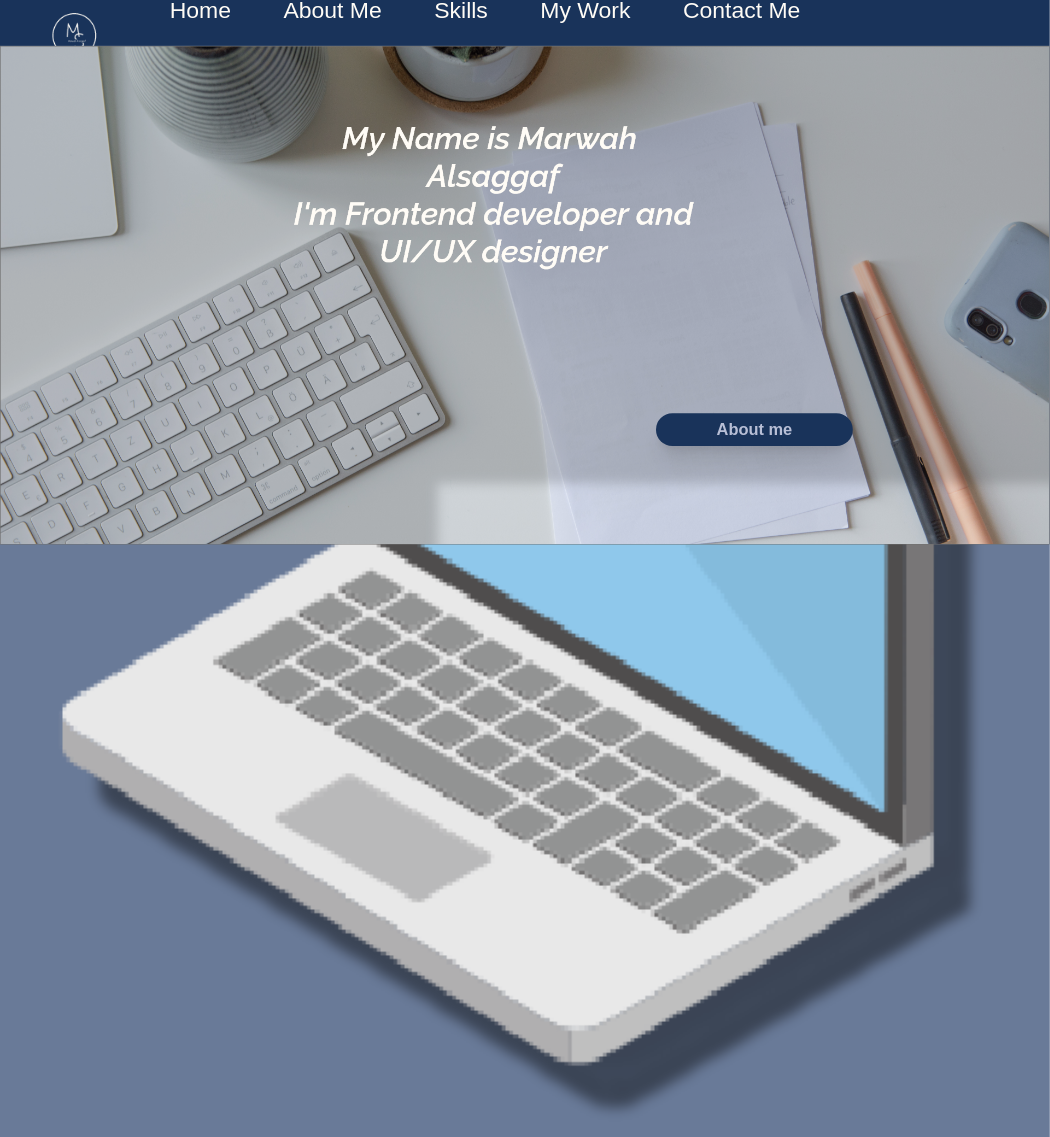
Repository: MEROO1010/my_portfolio
Page: /
The author's editor kept a copy of each file at every save. The page is drawn from the files as they stood at one save, then again after the next save.
The browser window is 1280 px wide. The pictures show the whole page, at 82% of full size.
The project was rebuilt for these pictures with package versions that can differ from the ones it lists, and the page was loaded fresh each time. The framework's server and built-in components were replaced by stand-ins that run in the browser. Also part of the build but not shown: next.config.js.

Above is the page before, as saved 2023-03-10 01:58:50.

After the next save:
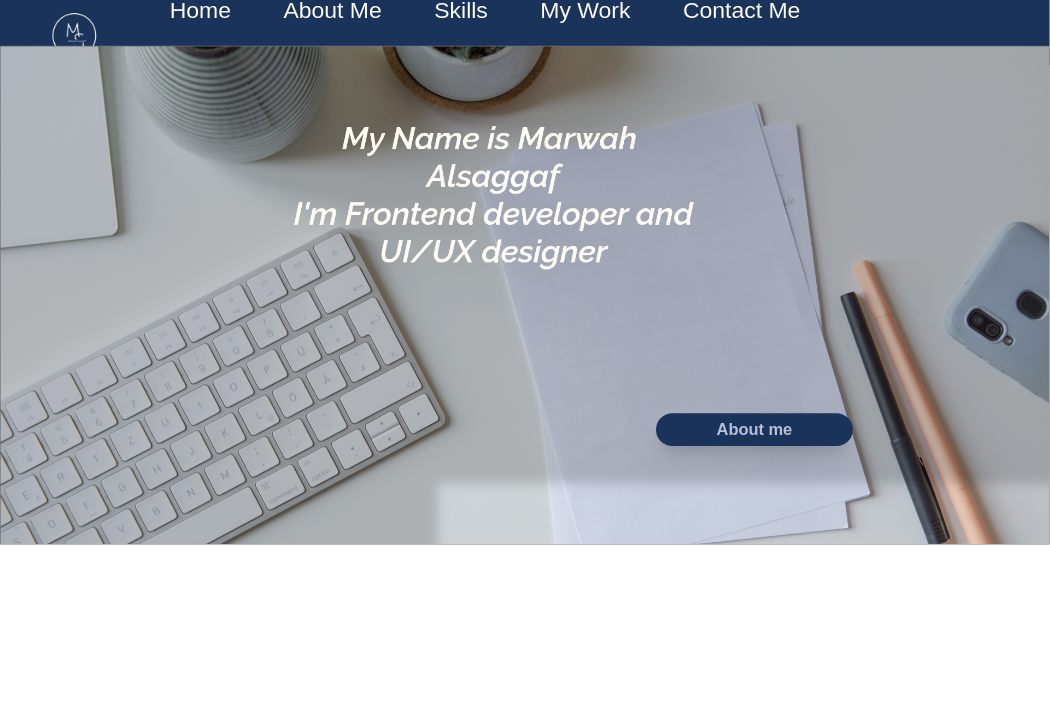
Saved 79 s later.
--- a/pages/components/AboutMe.tsx
+++ b/pages/components/AboutMe.tsx
@@ -6,7 +6,11 @@ const AboutMe = () => {
   return (
     <div className="bg-[#697A98]">
         <div>
-        <Image src="/assets/images/laptop-screen.png" alt="laptop" width={2400} height={0}/>
+        {/*<Image src="/assets/images/laptop-screen.png" alt="laptop" width={2400} height={0}/>*/}
+        </div>
+
+        <div>
+            <h1>About me</h1>
         </div>
 
     </div>
